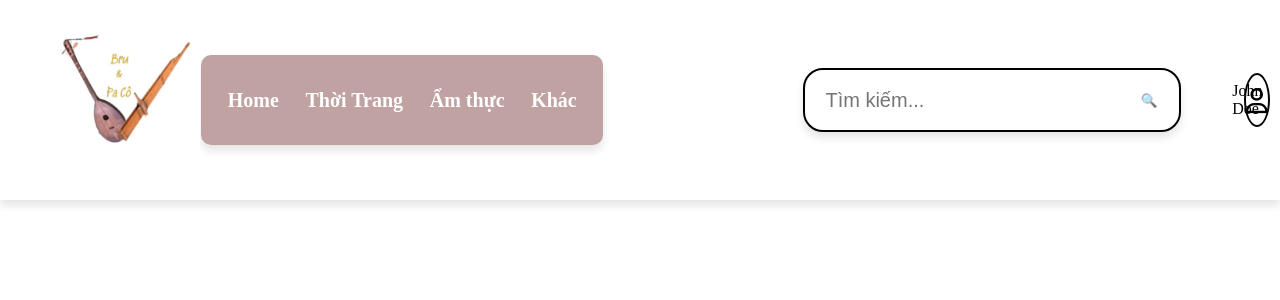
Repository: DangVai/LocalProduct
Page: Views/frontend/header.html
These files come from the project's save history. The page is drawn as it stood at one moment and after the next save; the edit follows.
The browser window is 1280 px wide. The pictures show the whole page.

Above is the page before, as saved 2024-12-20 16:33:16.

After the next save:
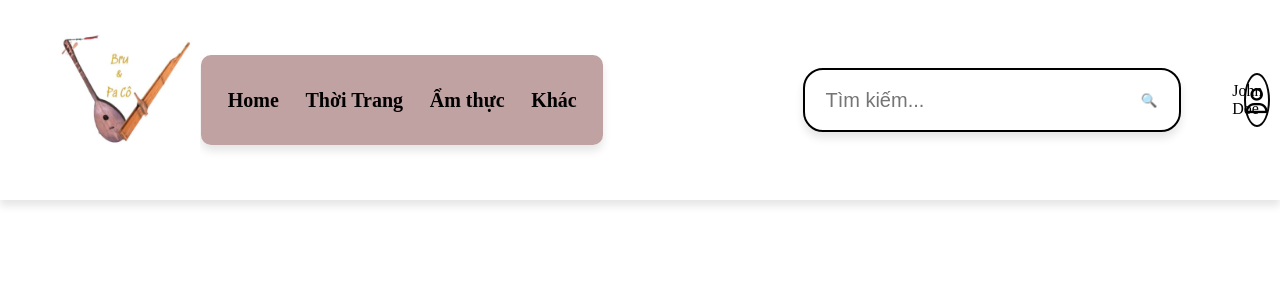
Saved 49 s later.
--- a/Views/frontend/header.html
+++ b/Views/frontend/header.html
@@ -55,7 +55,7 @@
 
         .nav a {
             text-decoration: none;
-            color: white;
+            color: rgb(1, 1, 1);
             font-weight: bold;
         }
 
